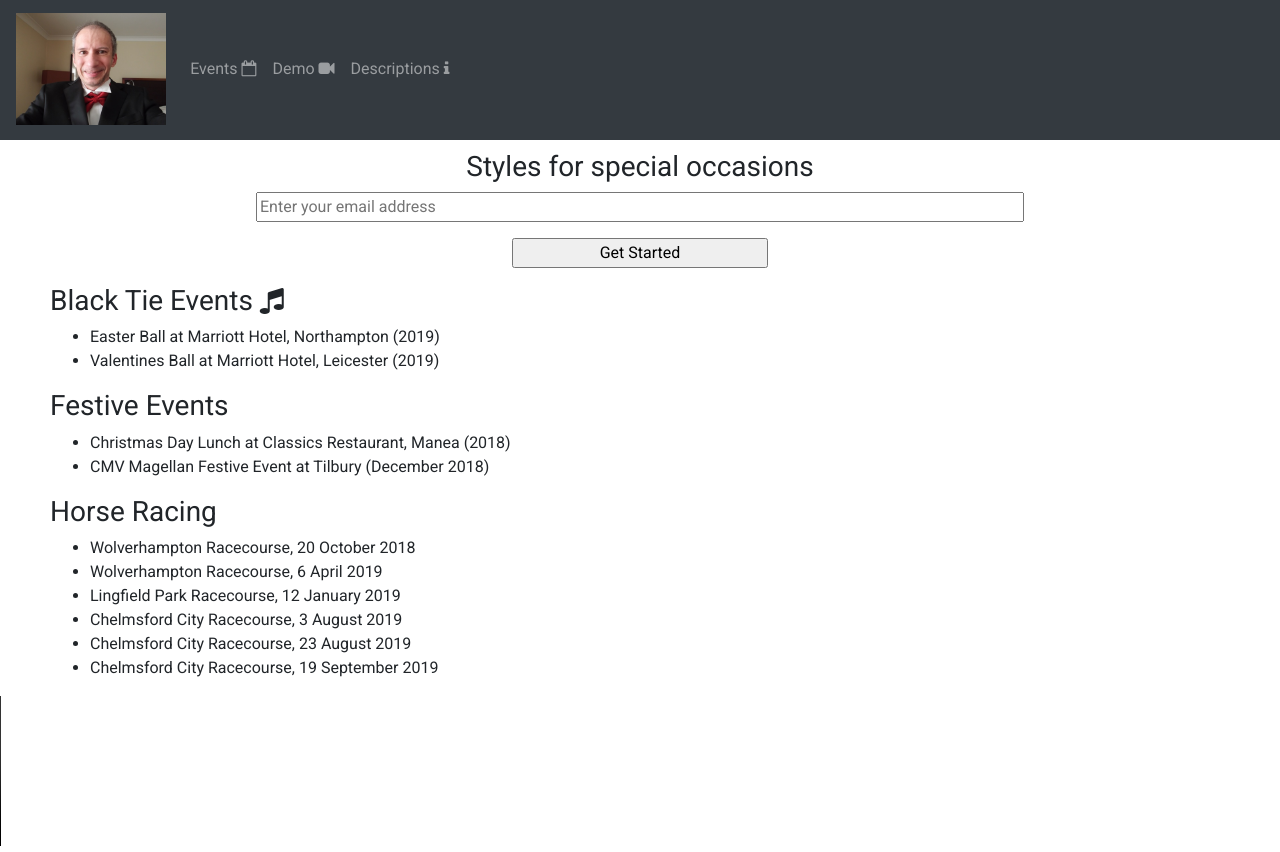
Repository: derektypist/product-landing-page
Page: index.html
The author's editor kept a record of every edit. The page is drawn from the files as they stood at one moment, then again after the next edit.
The browser window is 1280 px wide. The pictures show the whole page.

Above is the page before.

### index.html
<!DOCTYPE html>
<html lang="en">

<head>
    <meta charset="UTF-8">
    <meta name="viewport" content="width=device-width, initial-scale=1.0">
    <meta http-equiv="X-UA-Compatible" content="ie=edge">
    <title>Product Landing Page</title>
    <!-- Load Style Sheets -->
    <link rel="stylesheet" href="https://maxcdn.bootstrapcdn.com/bootstrap/4.4.1/css/bootstrap.min.css" integrity="sha384-Vkoo8x4CGsO3+Hhxv8T/Q5PaXtkKtu6ug5TOeNV6gBiFeWPGFN9MuhOf23Q9Ifjh" crossorigin="anonymous">
    <link rel="stylesheet" href="https://maxcdn.bootstrapcdn.com/font-awesome/4.7.0/css/font-awesome.min.css" type="text/css" />
    <link href="https://fonts.googleapis.com/css?family=Roboto&display=swap" rel="stylesheet">
    <style>
        /* Header and Navigation */

        #header {
            font-family: "Roboto", Arial, Verdana, sans-serif;
        }

        #header-img {
            max-height: 112px;
        }

        #nav-bar {
            padding-bottom: 10px;
        }

        /* Form */

        #form {
            padding-top: 150px;
            font-family: "Roboto", Arial, Verdana, sans-serif;
            text-align: center;
            width: 100%;
            display: block;
            margin: auto;
        }

        input {
            width: 60%;
        }

        input[type=submit] {
            width: 20%;
        }

        /* Events */

        #events {
            font-family: "Roboto", Arial, Verdana, sans-serif;
            margin-left: 50px;
        }
    </style>
</head>

<body>
    <!-- Set Up Header -->
    <header id="header">
        <!-- Set Up Navigation with Image -->
        <nav class="navbar navbar-expand navbar-dark bg-dark fixed-top" id="nav-bar">
            <a class="navbar-brand" href="index.html"><img src="derek.JPG" title="Derek Dhammaloka" alt="Derek Dhammaloka" id="header-img"></a>
            <button class="navbar-toggler" type="button" data-toggle="collapse" data-target="navbarSupportedContent" aria-controls="navbarSupportedContent" aria-expanded="false" aria-label="Toggle navigation">
    <span class="navbar-toggler-icon"></span>
  </button>
            <div class="collapse navbar-collapse" id="navbarSupportedContent">
                <ul class="navbar-nav mr-auto">
                    <li class="nav-item">
                        <a class="nav-link" href="#events">Events <i class="fa fa-calendar-o" aria-hidden="true"></i></a>
                    </li>
                    <li class="nav-item">
                        <a class="nav-link" href="#demo">Demo <i class="fa fa-video-camera" aria-hidden="true"></i></a>
                    </li>
                    <li class="nav-item">
                        <a class="nav-link" href="#descriptions">Descriptions <i class="fa fa-info" aria-hidden="true"></i></a>
                    </li>
                </ul>
        </nav>
    </header>

    <!-- Set Up Main Content -->
    <main>
        <!-- Set Up Form -->
        <form action="https://www.freecodecamp.com/email-submit" id="form" target="_blank">
            <h3>Styles for special occasions</h3>
            <!-- Set Up Email Field -->
            <input type="email" id="email" name="email" placeholder="Enter your email address">
            <p></p>
            <!-- Set Up Submit Button -->
            <input type="submit" id="submit" value="Get Started">
        </form>

        <!-- Provide Section for Events -->
        <section id="events">
            <!-- Provide Article for Black Tie Events -->
            <article>
                <p></p>
                <h3>Black Tie Events <i class="fa fa-music" aria-hidden="true"></i></h3>
                <!-- Provide List Items -->
                <ul>
                    <li>Easter Ball at Marriott Hotel, Northampton (2019)</li>
                    <li>Valentines Ball at Marriott Hotel, Leicester (2019)</li>
                </ul>
            </article>

            <!-- Provide Article for Festive Events -->
            <article>
                <p></p>
                <h3>Festive Events</h3>
                <!-- Provide List Items -->
                <ul>
                    <li>Christmas Day Lunch at Classics Restaurant, Manea (2018)</li>
                    <li>CMV Magellan Festive Event at Tilbury (December 2018)</li>
                </ul>
            </article>

            <!-- Provide Article for Horse Racing Events -->
            <article>
                <p></p>
                <h3>Horse Racing</h3>
                <!-- Provide List Items -->
                <ul>
                    <li>Wolverhampton Racecourse, 20 October 2018</li>
                    <li>Wolverhampton Racecourse, 6 April 2019</li>
                    <li>Lingfield Park Racecourse, 12 January 2019</li>
                    <li>Chelmsford City Racecourse, 3 August 2019</li>
                    <li>Chelmsford City Racecourse, 23 August 2019</li>
                    <li>Chelmsford City Racecourse, 19 September 2019</li>
                </ul>
            </article>
        </section>

        <!-- Provide Section for Demo -->
        <section id="demo"></section>
        <!-- Set Up Video -->
        <video controls id="video">

        </video>
        <section id="descriptions"></section>
    </main>
</body>

</html>

After the next edit:
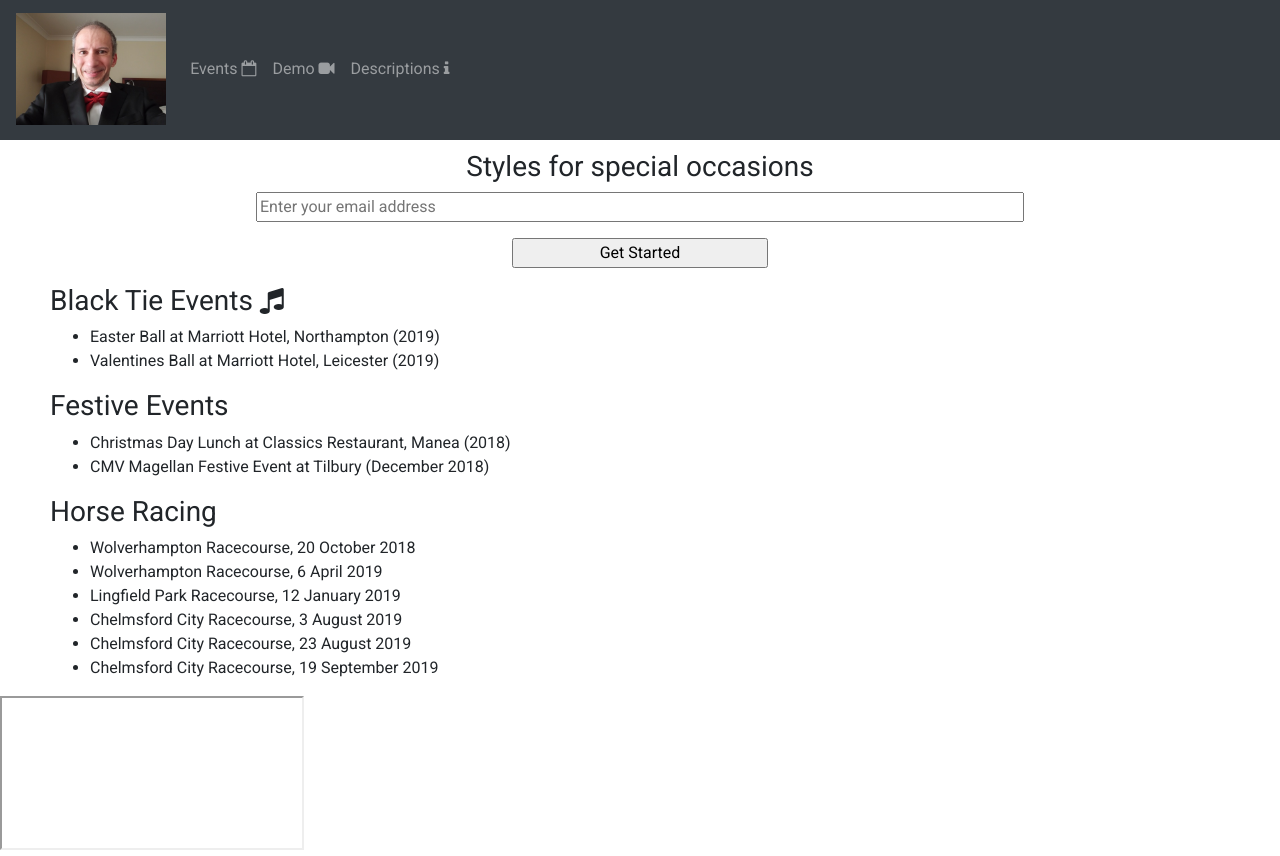
The edit:
--- a/index.html
+++ b/index.html
@@ -132,8 +132,8 @@
         <!-- Provide Section for Demo -->
         <section id="demo"></section>
         <!-- Set Up Video -->
-        <video controls id="video">
-
+        <iframe id="video">
+            <source src="https://www.youtube.com/watch?v=RiHd1c3qDkE&feature=youtu.be" type="video/mpeg">
         </video>
         <section id="descriptions"></section>
     </main>
